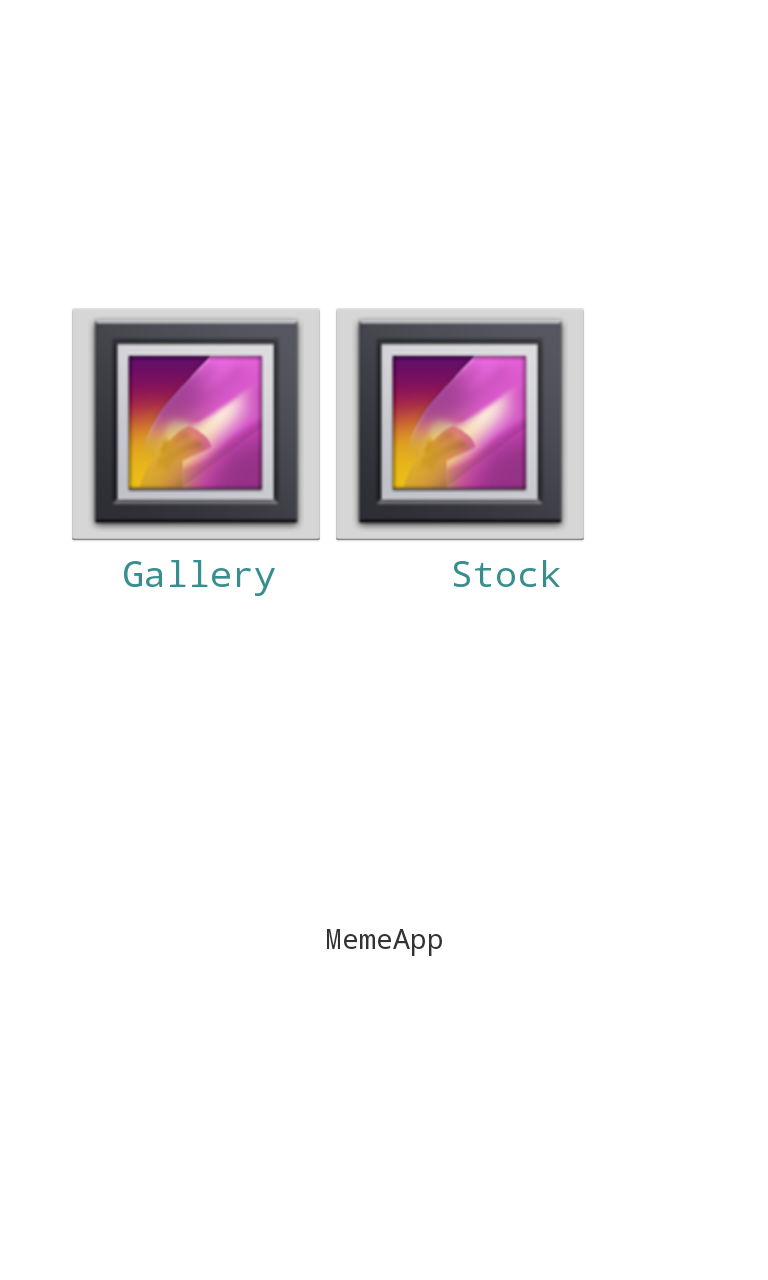
Repository: njb26/3093_Software_Engineering_2013
Layout: app/workspace/MemeApp/res/layout/activity_selection.xml
An editor plug-in stored every save of this project. The layout is shown before and after the next save, followed by the edit.
It is drawn on a 768 x 1280 px phone screen (xhdpi) without system bars, with theme AppTheme; the app's code is not run.

Above is the layout before, as saved 2013-05-23 21:45:30.

After the next save:
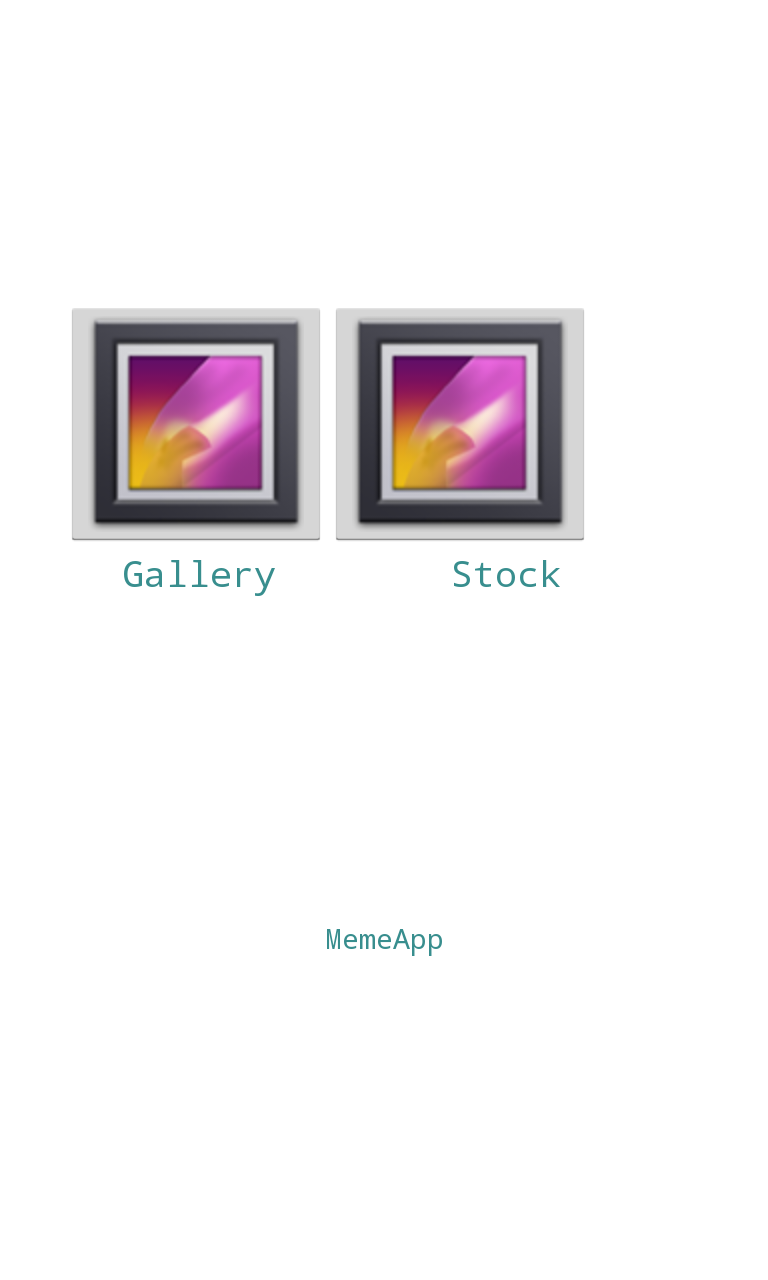
Saved 19 s later.
--- a/app/workspace/MemeApp/res/layout/activity_selection.xml
+++ b/app/workspace/MemeApp/res/layout/activity_selection.xml
@@ -48,7 +48,7 @@
         android:layout_width="fill_parent"
    		android:layout_height="fill_parent"
      	android:gravity="center"
-     	android:textColot="#388E8E"
+     	android:textColor="#388E8E"
      	android:typeface="monospace"
         android:text="@string/title" />
 
